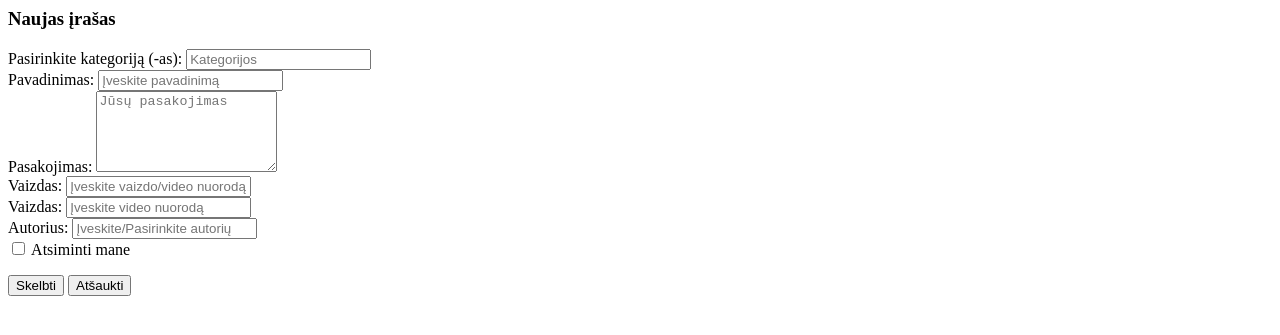
Repository: Skaidrius/Blogas
Page: templates/newpost.html
The author's editor kept a record of every edit. The page is drawn from the files as they stood at one moment, then again after the next edit.
The browser window is 1280 px wide. The pictures show the whole page.

Above is the page before.

After the next edit:
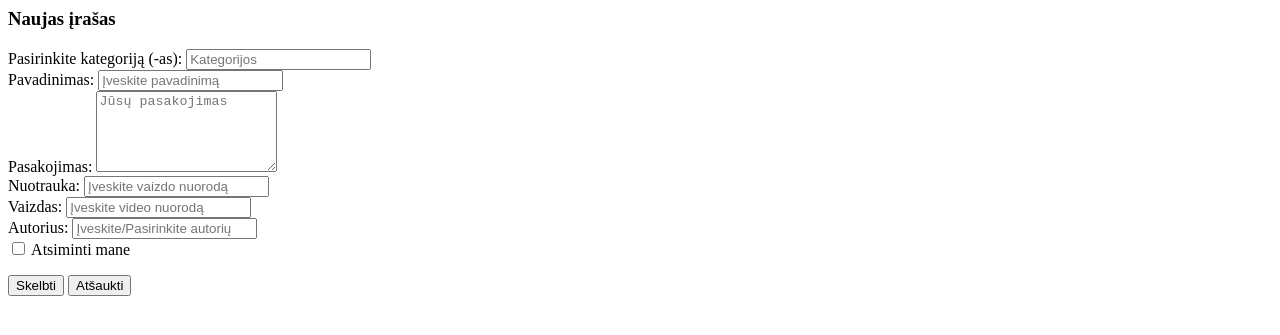
The edit:
--- a/templates/newpost.html
+++ b/templates/newpost.html
@@ -14,8 +14,8 @@
             <textarea class="form-control" rows="5" id="tale" placeholder="Jūsų pasakojimas"></textarea>
         </div>
         <div class="form-group">
-            <label for="photolink">Vaizdas:</label>
-            <input type="text" class="form-control" id="photolink" placeholder="Įveskite vaizdo/video nuorodą">
+            <label for="photolink">Nuotrauka:</label>
+            <input type="text" class="form-control" id="photolink" placeholder="Įveskite vaizdo nuorodą">
         </div>
         <div class="form-group">
             <label for="videolink">Vaizdas:</label>
